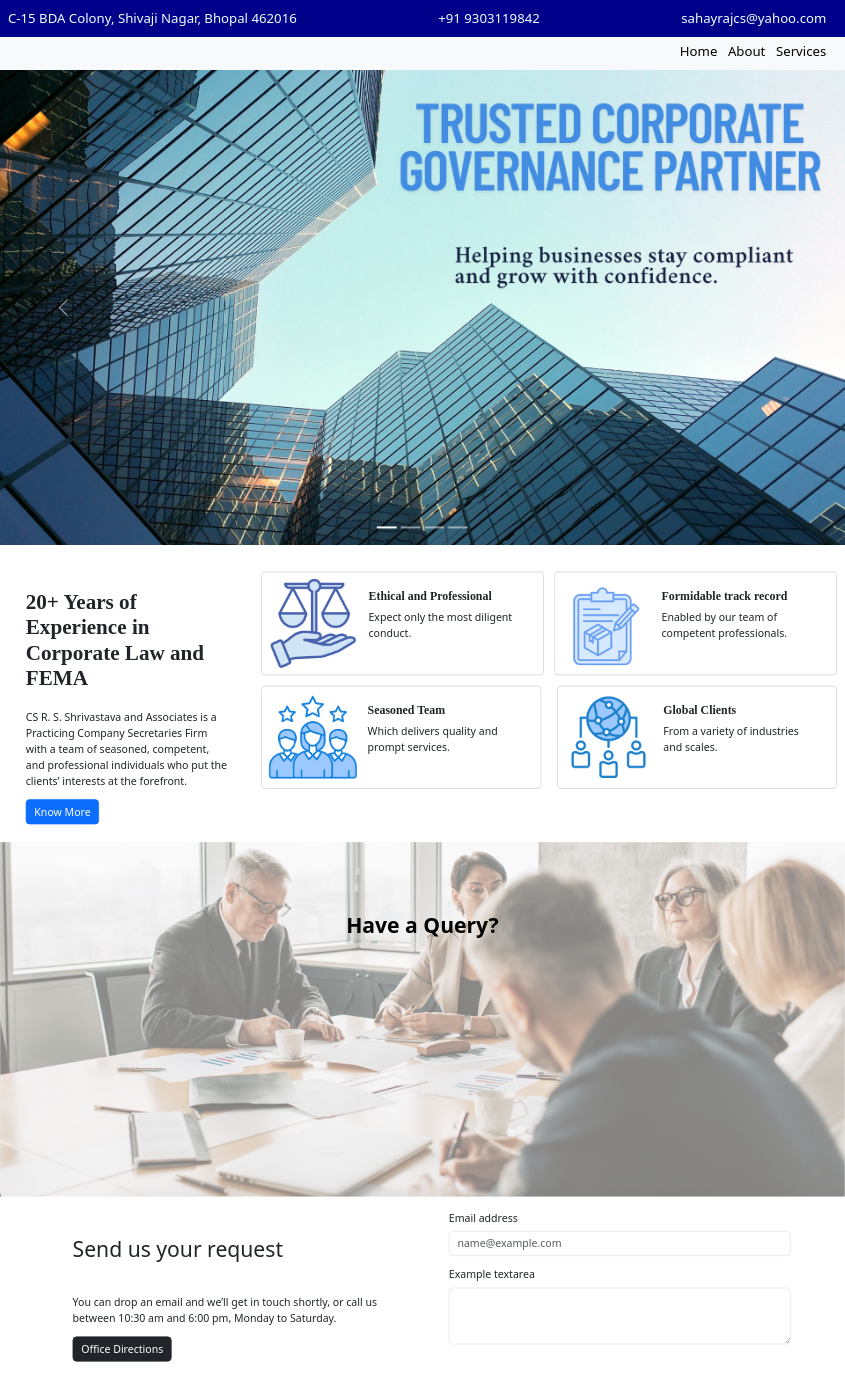
Repository: aayushiss/CS-RSS
Page: index.html
The author's editor kept a copy of each file at every save. The page is drawn from the files as they stood at one save, then again after the next save.
The browser window is 1280 px wide. The pictures show the whole page, at 66% of full size.

Above is the page before, as saved 2025-05-15 19:06:17.

After the next save:
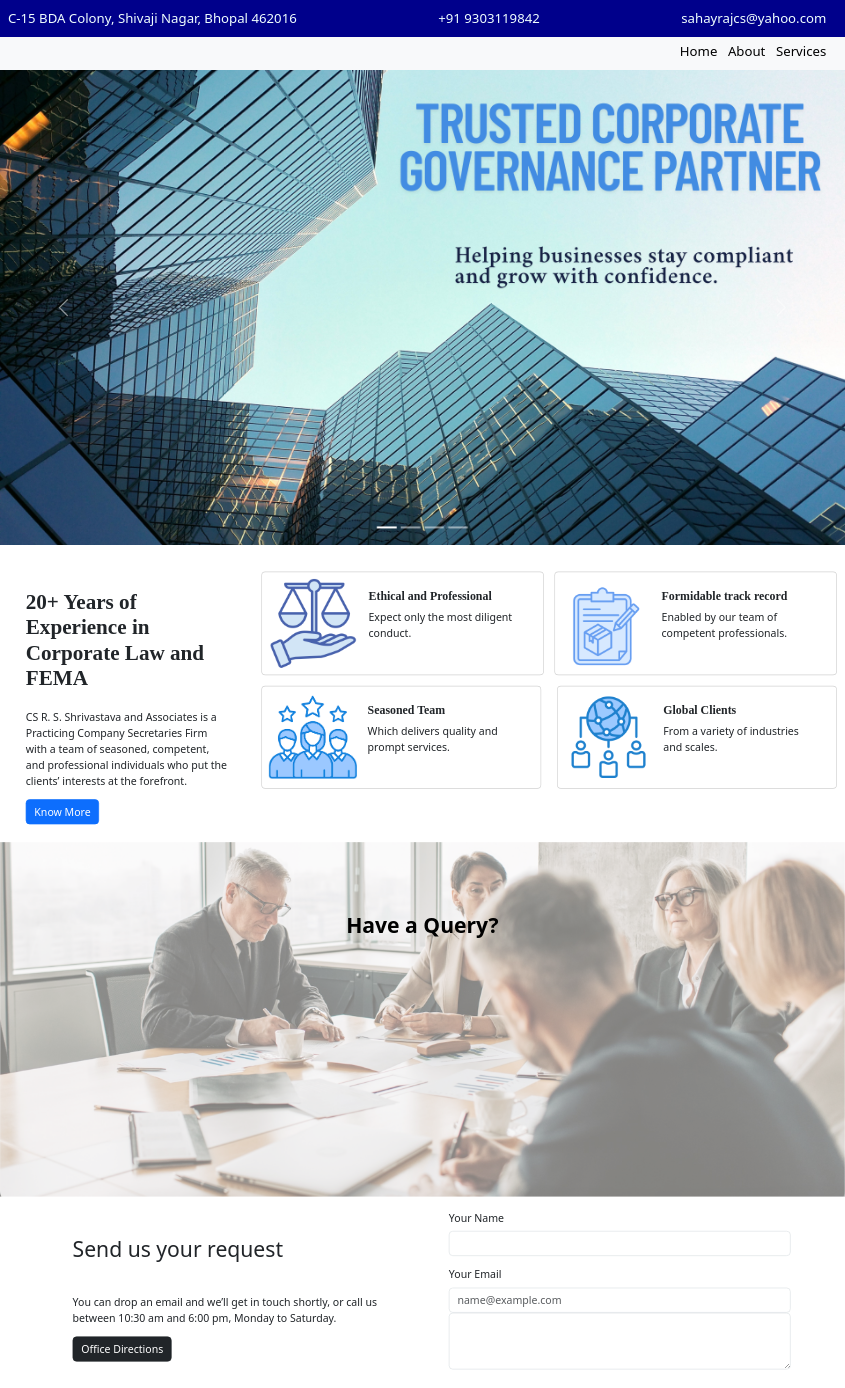
Saved 99 s later.
--- a/index.html
+++ b/index.html
@@ -185,11 +185,12 @@
       </div>
       <div class="col">
         <div class="mb-3">
-          <label for="exampleFormControlInput1" class="form-label">Email address</label>
+          <label for="exampleFormControlInput1" class="form-label">Your Name</label>
+          <input class="form-control" id="exampleFormControlInput1">
+        </div>
+        <div class="mb-3">
+          <label for="exampleFormControlTextarea1" class="form-label">Your Email</label>
           <input type="email" class="form-control" id="exampleFormControlInput1" placeholder="name@example.com">
-        </div>
-        <div class="mb-3">
-          <label for="exampleFormControlTextarea1" class="form-label">Example textarea</label>
           <textarea class="form-control" id="exampleFormControlTextarea1" rows="3"></textarea>
         </div>
       </div>
